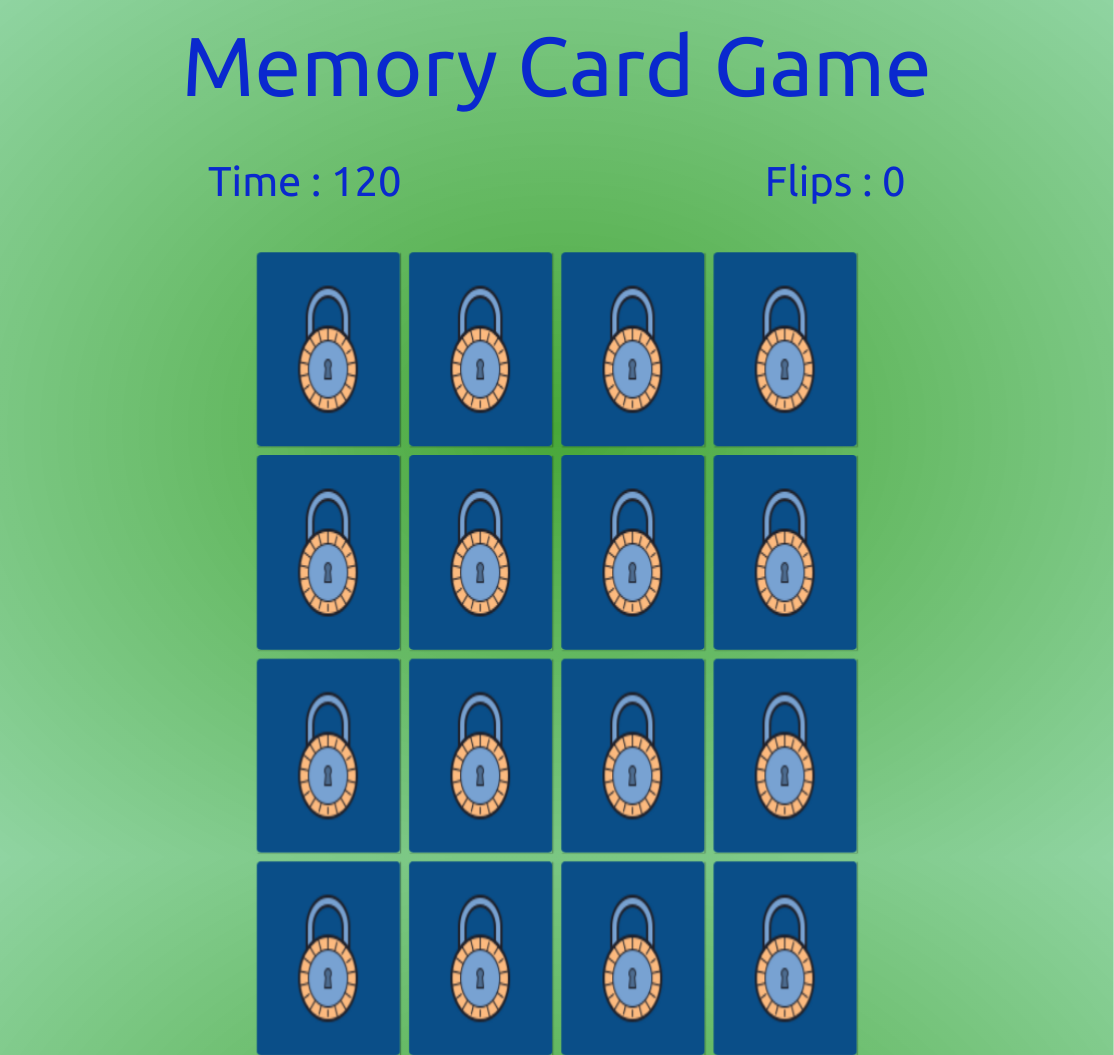
Repository: claudiadanaila1/Project-2--Interactive-FrontEnd---Memory-game
Page: index.html
The author's editor kept a record of every edit. The page is drawn from the files as they stood at one moment, then again after the next edit.
The browser window is 1280 px wide. The pictures show the whole page, at 87% of full size.

Above is the page before.

### index.html
<!DOCTYPE html>
<html lang="en">
<head>
    <meta charset="UTF-8">
    <meta name="viewport" content="width=device-width, initial-scale=1.0">
    <meta http-equiv="X-UA-Compatible" content="ie=edge">
    <link rel="stylesheet" href="css/style.css" type="text/css" />
    <title>Memory Card Game</title>
</head>
<body>
    <h1 class="title">Memory Card Game</h1>

    <div class="game-info-container">
      <div class="game-info">
        Time : <span id="time-remaining">120</span>
      </div>
      <div class="game-info">
        Flips : <span id="flips">0</span>
      </div>
    </div>

  <section class="memory-game">
      <div class="memory-card">
          <img class="card-front" src="assets/images/jelly1.jpg" alt="jelly-fish"/>
          <img class="card-back"  src="assets/images/icon8-lock.png" alt="lock" />
      </div>
      <div class="memory-card">
          <img class="card-front" src="assets/images/jelly1.jpg" alt="jelly-fish"/>
          <img class="card-back"  src="assets/images/icon8-lock.png" alt="lock" />
      </div>
      <div class="memory-card">
          <img class="card-front" src="assets/images/jelly2.jpg" alt="jelly-fish"/>
          <img class="card-back"  src="assets/images/icon8-lock.png" alt="lock" />
      </div>
      <div class="memory-card">
          <img class="card-front" src="assets/images/jelly2.jpg" alt="jelly-fish"/>
          <img class="card-back"  src="assets/images/icon8-lock.png" alt="lock" />
      </div>
      <div class="memory-card">
          <img class="card-front" src="assets/images/jelly3.jpg" alt="jelly-fish"/>
          <img class="card-back"  src="assets/images/icon8-lock.png" alt="lock" />
      </div>
      <div class="memory-card">
          <img class="card-front" src="assets/images/jelly3.jpg" alt="jelly-fish"/>
          <img class="card-back"  src="assets/images/icon8-lock.png" alt="lock" />
      </div>
      <div class="memory-card">
          <img class="card-front" src="assets/images/jelly4.jpg" alt="jelly-fish"/>
          <img class="card-back"  src="assets/images/icon8-lock.png" alt="lock" />
      </div>
      <div class="memory-card">
          <img class="card-front" src="assets/images/jelly4.jpg" alt="jelly-fish"/>
          <img class="card-back"  src="assets/images/icon8-lock.png" alt="lock" />
      </div>
      <div class="memory-card">
          <img class="card-front" src="assets/images/jelly5.jpg" alt="jelly-fish"/>
          <img class="card-back"  src="assets/images/icon8-lock.png" alt="lock" />
      </div>
      <div class="memory-card">
          <img class="card-front" src="assets/images/jelly5.jpg" alt="jelly-fish"/>
          <img class="card-back"  src="assets/images/icon8-lock.png" alt="lock" />
      </div>
      <div class="memory-card">
          <img class="card-front" src="assets/images/jelly6.jpg" alt="jelly-fish"/>
          <img class="card-back"  src="assets/images/icon8-lock.png" alt="lock" />
      </div>
      <div class="memory-card">
          <img class="card-front" src="assets/images/jelly6.jpg" alt="jelly-fish"/>
          <img class="card-back"  src="assets/images/icon8-lock.png" alt="lock" />
      </div>
      <div class="memory-card">
          <img class="card-front" src="assets/images/jelly7.jpg" alt="jelly-fish"/>
          <img class="card-back"  src="assets/images/icon8-lock.png" alt="lock" />
      </div>
       <div class="memory-card">
          <img class="card-front" src="assets/images/jelly7.jpg" alt="jelly-fish"/>
          <img class="card-back"  src="assets/images/icon8-lock.png" alt="lock" />
      </div>
      <div class="memory-card">
          <img class="card-front" src="assets/images/jelly8.jpg" alt="jelly-fish"/>
          <img class="card-back"  src="assets/images/icon8-lock.png" alt="lock" />
      </div>
      <div class="memory-card">
          <img class="card-front" src="assets/images/jelly8.jpg" alt="jelly-fish"/>
          <img class="card-back"  src="assets/images/icon8-lock.png" alt="lock" />
      </div>

  </section>

</body>
</html>

### css/style.css
@import url('https://fonts.googleapis.com/css?family=Ubuntu&display=swap');

* {
    padding: 0;
    margin: 0;
    box-sizing: border-box;
}

html {
   min-height: 100vh;
    display: flex;
    background:radial-gradient(#48a738, #76ca8ccf);
}

body{
    margin:auto;
    justify-content:center;
}

.title {
    font-family:"Ubuntu", sans-serif;
    font-size: 6em;
    text-align: center;
    font-weight: normal;
    color:#0a28ce;
    margin:20px;
}

.game-info-container {
    grid-column: 1/-1;
    justify-content: space-between;
    display: flex;
    margin:50px;
}

.game-info {
    font-family: "Ubuntu", sans-serif;
    font-size:3em;
    color:#0a28ce;
}

.memory-game {
    height:700px;
    width:700px;
    display:flex;
    flex-wrap: wrap;
    perspective:1000px;
    margin:auto;
}

.memory-card {
  width: calc(25% - 10px);
  height: calc(33.333% - 10px);
  margin: 5px;
  position: relative;
  transform: scale(1);
  transform-style: preserve-3d;
  transition: transform .5s;
  box-shadow: 1px 1px 1px rgba(0,0,0,.3);
}

.memory-card:active {
  transform: scale(0.96);
  transition: transform .3s;
}

.memory-card.flip {
  transform: rotateY(180deg);
}

.card-front,
.card-back {
  width: 100%;
  height: 100%;
  padding: 20px;
  position: absolute;
  border-radius: 5px;
  background: #0a4e88;
  backface-visibility: hidden;
}

.card-front {
  transform: rotateY(180deg);
}

After the next edit:
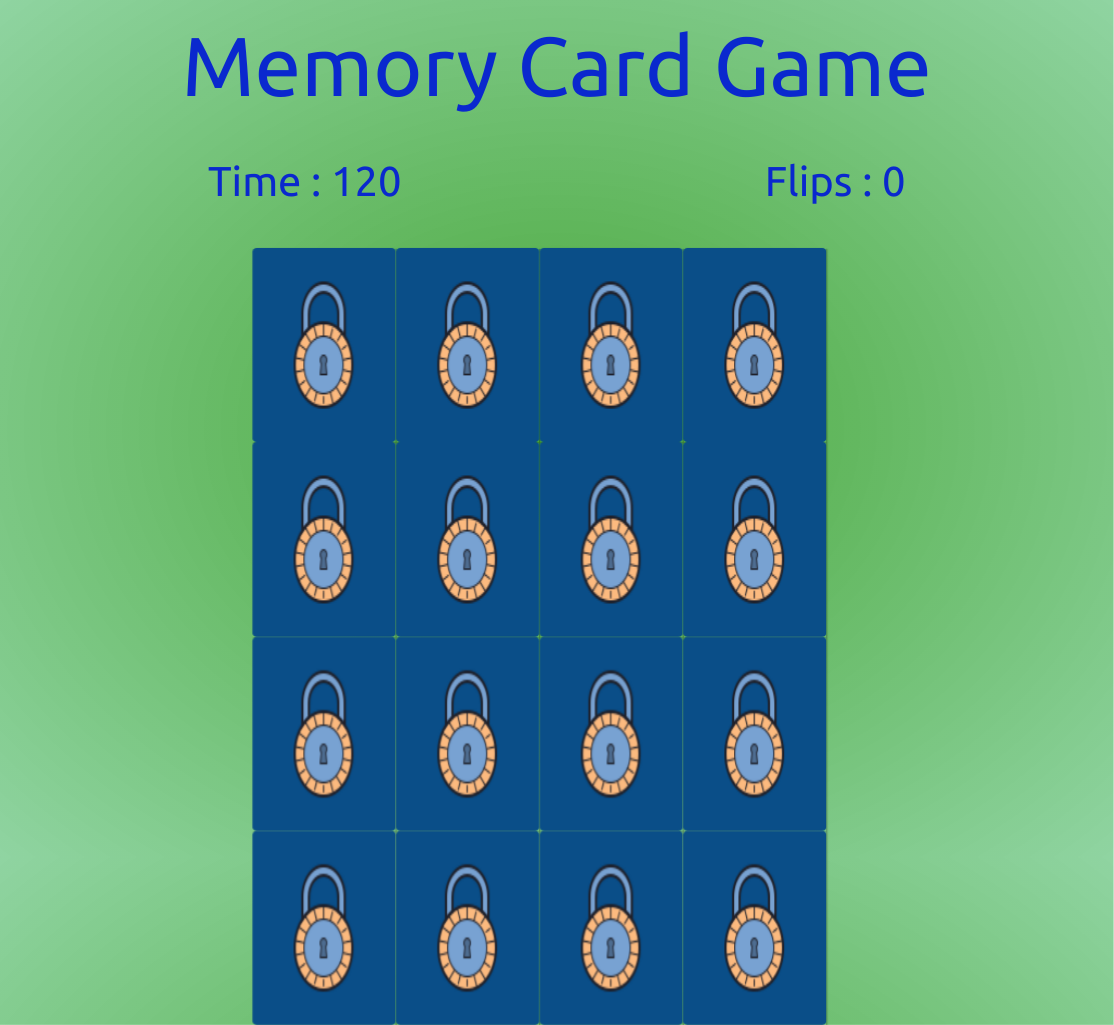
The edit:
--- a/css/style.css
+++ b/css/style.css
@@ -50,7 +50,7 @@
 
 .memory-card {
   width: calc(25% - 10px);
-  height: calc(33.333% - 10px);
+  height: calc(33.333% - 10px);s
   margin: 5px;
   position: relative;
   transform: scale(1);
